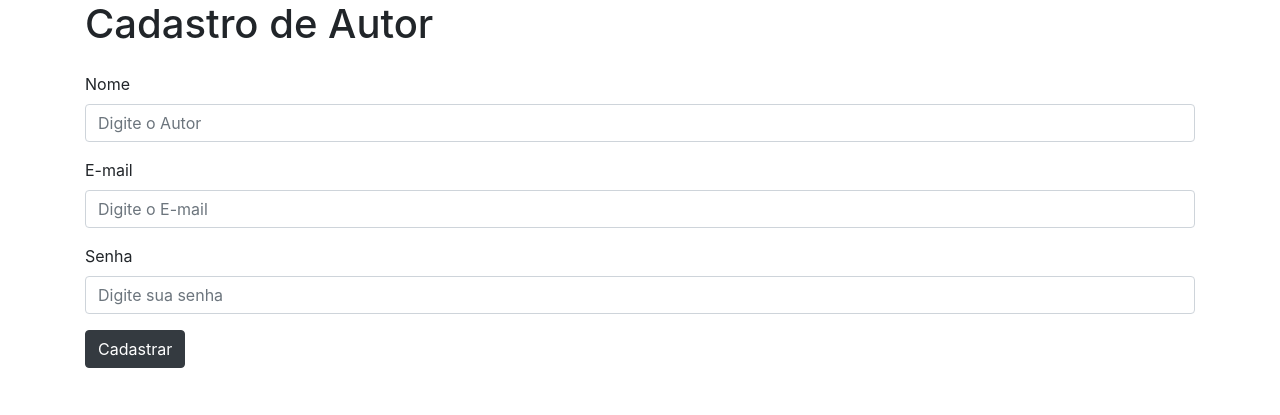
Repository: wellersonfc/simple-crud-react
Page: /
The author's editor kept a copy of each file at every save. The page is drawn from the files as they stood at one save, then again after the next save.
The browser window is 1280 px wide. The pictures show the whole page.
The project was rebuilt for these pictures with package versions that can differ from the ones it lists, and the page was loaded fresh each time.

Above is the page before, as saved 2019-09-22 15:56:15.

After the next save:
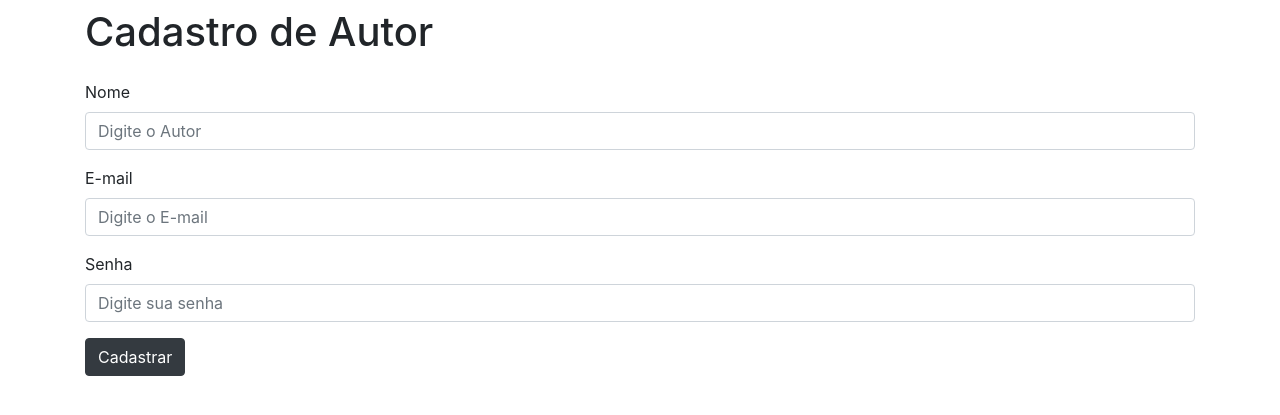
Saved 16 s later.
--- a/src/App.js
+++ b/src/App.js
@@ -12,7 +12,7 @@ class App extends Component {
   render(){
     return(
       <div class="container">
-        <h1>Cadastro de Autor</h1>
+        <h1 className="pt-2">Cadastro de Autor</h1>
         <div className="form-autor pt-3">
           <form>
             <div class="form-group">
